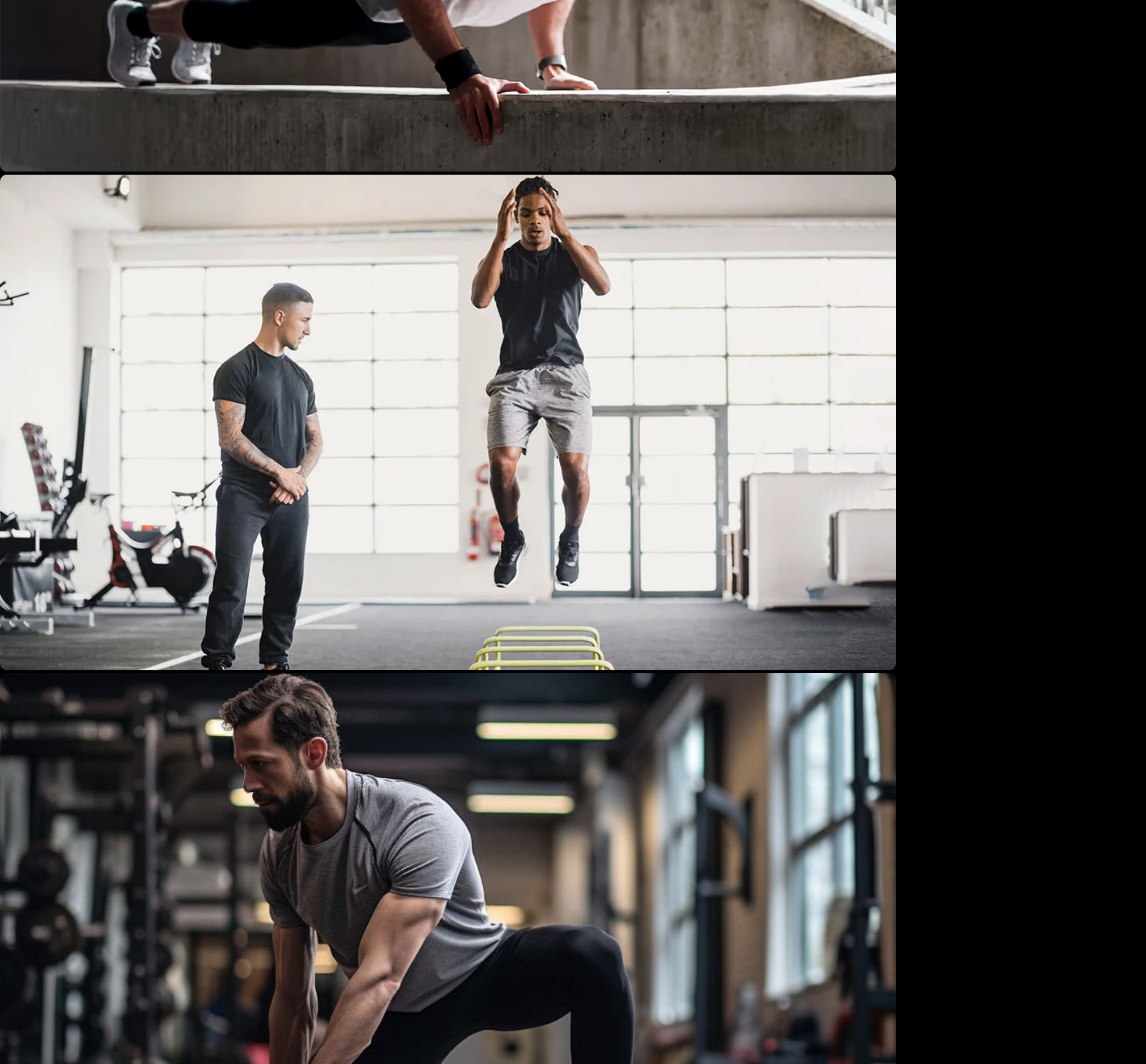
Repository: Aminul-Islam85/Assignment-2
Page: index.html
An editor plug-in stored every save of this project. The page is shown before and after the next save, followed by the edit.
The browser window is 1280 px wide. The page is 1637 px wide, so the pictures cover 1637 px, including what lies to the right of the window. The pictures show the part of the page from y = 3398 to 4918 px (the page is 6788 px tall before and 6878 px after), at 70% of full size.

Above is the page before, as saved 2024-10-23 16:21:15.

### index.html
<!DOCTYPE html>
<html lang="en">
<head>
    <meta charset="UTF-8">
    <meta name="viewport" content="width=device-width, initial-scale=1.0">
    <title>Fitness Website</title>
    <link rel="stylesheet" href="styles.css">
</head>
<body>

    <nav class="navbar">
        <h1 class="heading-text"></a>Fitness</h1>
        <ul class="nav-links">
            <li><a href="#"></a>Home</li>
            <li><a href="#"></a>Service</li>
            <li><a href="#"></a>Contact</li>
            <li><a href="#"></a>About</li>
        </ul>
        <div class="hamburger">
            <span></span>
            <span></span>
            <span></span>
        </div>
    </nav>

    <section class="hero">
        <div class="hero-content">
            <h1>Get Body in <span class="highlighted">shape</span> & stay healthy</h1>
            <p>A huge selection of health and fitness content, healthy recipes and transformation stories to help you get fit and stay fit!</p>
            <div class="hero-buttons">
                <button class="cta-btn join-btn"> Join Club Now</button>
                <button cta-btn download-btn>Download App</button>
            </div>
        </div>
        <div class="hero-image">
            <img src="images/image 5.png" alt="Trainer">
        </div>

        <div class="info-card workout-card">500+<br>Free Workout Videos</div>
        <div class="info-card tutorial-card">350+<br>Video Tutorials</div>
    </section>

    <section class="habits">
        <h1>Change Your Habits</h1>
        <p>We believe fitness should be accessible to everyone, everywhere, regardless of income or access to a gym.</p>
        <div class="habits-gallery">
            <div class="habit-item">
                <img src="images/image 3.png" alt="Movement">
                <h3>Movement</h3>
                <p>We believe fitness should be accessible to everyone</p>
            </div>
            <div class="habit-item">
                <img src="images/image 2.png" alt="Time">
                <h3>Movement</h3>
                <p>We believe fitness should be accessible to everyone</p>
            </div>
            <div class="habit-item">
                <img src="images/image 4.png" alt="Practice">
                <h3>Movement</h3>
                <p>We believe fitness should be accessible to everyone</p>
            </div>
            <div class="habit-item">
                <img src="images/image 5.png" alt="Wait Loss">
                <h3>Movement</h3>
                <p>We believe fitness should be accessible to everyone</p>
            </div>
        </div>

    </section>

    <section class="extra-mile">
        <div class="extra-mile-content">
            <h2>Run an Extra Mile Easily</h2>
            <p>We believe fitness should be accessible to everyone, everywhere, regardless of income or access to a gym. With hundreds of professional workouts.</p>
            <button class="cta-btn extra-mile-btn">Join NOW</button>
        </div>
        <div class="extra-mile-image">
            <img src="images/run.jpg" alt="Run Image">
        </div>
    </section>

    <section trainings-exercises>
        <h2>Trainings and Exercises</h2>
        <p>We believe fitness should be accessible to everyone, everywhere, regardless of income or access to a gym.</p>
        <div>
            <div class="exercise-item">
                <img src="images/exercise1.jpg" alt="Exercise-1">
                <div exercise-overlay>
                    <p>Lorem Ipsum</p>
                </div>

            </div>
            <div class="exercise-item">
                <img src="images/exercise2.png" alt="Exercise-2">
                <div exercise-overlay>

                </div>
                <p></p>
            </div>
            <div class="exercise-item">
                <img src="images/exercise3.png" alt="Exercise-3">
                <div exercise-overlay>

                </div>
                <p></p>
            </div>
            <div class="exercise-item">
                <img src="images/exercise4.png" alt="Exercise-4">
                <div exercise-overlay>

                </div>
                <p></p>
            </div>
            <div class="exercise-item">
                <img src="images/exercise5.jpg" alt="Exercise-5">
                <div exercise-overlay>

                </div>
                <p></p>
            </div>
            <div class="exercise-item">
                <img src="images/run.jpg" alt="">
                <div exercise-overlay>

                </div>
                <p></p>
            </div>

        </div>
    </section>


</body>
</html>

### styles.css
/*Global Styles*/
* {
    margin: 0;
    padding: 0;
    box-sizing: border-box;
}

body {
    font-family: 'Arial', sans-serif;
    background-color: black;
    color: #fff;
}

/*Navbar*/
.navbar {
    display: flex;
    justify-content: space-between;
    align-items: center;
    padding: 1 rem 2 rem;
    background-color: transparent;
}

.heading-text {
    font-size: 1.5rem;
    color: #ff5e00;
}

/*nav-link hidden in moble*/
.nav-links {
    list-style: none;
    display: flex;
    gap: 2rem;
}

.nav-links a {
    color: #fff;
    text-decoration: none;
    font-size: 1rem;
}

/*Hamburger menu hidden in desktop*/
.hamburger {
    display: none;
    flex-direction: column;
    cursor: pointer;
}

.hamburger span {
    width: 25px;
    height: 3px;
    background-color: #fff;
    margin: 4px;
    transition: 0.3s;
}

/*responsiveness*/

@media (max-width: 768) {
    .nav-links {
        display: none;
    }
    .hamburger {
        display: flex;
    }
    /*hamburger clicked show nav-links*/
    .navbar.active .nav-links {
        display: flex;
        flex-direction: column;
        position: absolute;
        top: 60px;
        right: 0;
        background-color: #12121212;
        width: 100%;
        height: auto;
        text-align: center;
        padding: 1rem;
    }
    .nav-links li {
        margin: 1rem 0;
    }
}

/* Hero section*/
.hero {
    display: flex;
    justify-content: space-between;
    align-items: center;
    padding: 4rem 2rem;
    background-color: #121212;
    position: relative;
}
.hero-content {
    max-width: 50%;
}

.hero h1 {
    font-size: 3rem;
    line-height: 1.2;
    margin-bottom: 1rem;
}

.hero.highlighted {
    font-style: italic;
    font-weight: 700;
    color: #ff5e00;
}

hero p {
    font-size: 1.2rem;
    margin-bottom: 2rem;
}

.hero-buttons {
    display: flex;
    gap: irem;
}

.cta-btn {
    padding: 1rem 2rem;
    font-size: 1rem;
    border: none;
    border-radius: 5px;
    cursor: pointer;
}

.join.btn {
    background-color: #ff5e00;
    color: #fff;
}

.download-btn {
    background-color: transparent;
    border: 2px solid #fff;
    color: #fff;
}

.hero-image img {
    max-width: 100%;
    height: auto;
}

/*Info Cards*/
.info-card {
    position: absolute;
    background-color: #2e2e2e;
    color: white;
    border-radius: 8px;
    padding: 1re 1.5rem;
    font-size: 1.2rem;
    font-weight: bold;
    text-align: center;
}

.workout-card {
    top: 30%;
    right: 10%;
}

.tutorial-card {
    top: 60%;
    left: 55%;
}

/*Hero reponsive for mobile*/
@media (max-width: 768px) {
.hero {
    flex-direction: column;
    text-align: center;
}
.hero-content {
    max-width: 100%;
    margin-bottom: 2rem;
}
.hero-image img {
    max-width: 100%;
    height: auto;
}
.info-card {
    font-size: 1rem;
    padding: 0.75rem 1 rem;
    position: relative;
    margin: 1rem auto;
    width: auto;
}
.workout-card, .tutorial-card {
    top: auto;
    left: auto;
    right: auto;
    transform: none;
    margin-bottom: 1rem;
 }
}

/*Hero Buttons on mobile*/
@media (max-width:480px) {
    .hero-buttons {
        flex-direction: column;
        gap: 1rem;
    }
    .cta-btn {
        width: 100%;
    }
}

/*Change habit section*/
.habits {
    padding: 4rem 2rem;
    text-align: center;
    background-color: #121212;
}

.habits h2 {
    font-size: 2.5rem;
    margin-bottom: 1rem;
}

.habits p {
    font-size: 1.2rem;
    margin-bottom: 2rem;
}

.habits-gallery {
    display: flex;
    justify-content: space-around;
    align-items: center;
    flex-wrap: wrap;
    gap: 2rem;
}

.habit-item {
    text-align: center;
    max-width: 200px;
}

.habit-item img {
    width: 100px;
    height: 100px;
    border-radius: 50%;
    margin-bottom: 1rem;
}

.habit-item h3 {
    font-size: 1.5rem;
    margin-bottom: 0.5rem;
}
.habit-item p {
    font-size: 1rem;
    color: #aaa;
}

/*Extra mile section*/
.extra-mile {
    display: flex;
    justify-content: space-between;
    align-items: center;
    background-color: #2e2e2e;
    padding: 4rem 2rem;
    border-radius: 20px;
    margin: 4rem 0;
}

.extra-mile-content {
    max-width: 50%;
}
extra-mile h2 {
    font-size: 2.5rem;
    margin-bottom: 1rem;
}
.extra-mile p {
    font-size: 1.2rem;
    margin-bottom: 2rem;
}
.extra-mile btn {
    background-color: #ff5e00;
    color: white;
    border: none;
    padding: 1rem 2rem;
    border-radius: 5px;
    cursor: pointer;
}
.extra-mile image img {
    border-radius: 10px;
    max-width: 100%;
}
/*Footer*/
footer {
    text-align: center;
    padding: 1rem;
    background-color: #333;
    color: #fff;
    margin-top: 2rem;
}
/*responsive design*/
@media (max-width: 768px) {
    .hero h1 {
        font-size: 2rem;
    }
    .hero p {
        font-size: 1rem;
    }
    .extra-mile {
        flex-direction: column;
        text-align: center;
    }
    .extra-mile-content, .extra-mile-image {
        max-width: 100%;
    }
}

@media (max-width: 480px) {
    hero h1 {
        font-size: 1.5rem;
    }
    .hero p {
        font-size: 0.9rem;
    }
}

/* Trainings and Exercise*/
.trainings-exercises {
    padding: 4rem 2rem;
    text-align: center;
    background-color: #121212;
}

.trainings-exercises h2 {
    font-size: 2.5rem;
    margin-bottom: 1rem;
}
.trainings-exercises p {
    font-size: 1.2rem;
    margin-bottom: 2rem;
    color: #aaa;
}
.exercise-gallery {
    display: grid;
    grid-template-columns: repeat(3, 1fr);
    gap: 1rem;
}
.exercise-item {
    position: relative;
}
.exercise-item img {
    width: 100%;
    height: auto;
    border-radius: 10px;
}
.exercise-overlay {
    position: absolute;
    top: 0;
    left: 0;
    width: 100%;
    height: 100%;
    background-color: rgba(0, 0, 0, 0.5);
    color: white;
    display: flex;
    justify-content: center;
    align-items: center;
    opacity: 0;
    transition: opacity 0.3s ease;
    border-radius: 10px;
}
.exercise-item:hover .exercise-overlay {
    opacity: 1;
}
.exercise-overlay p {
    font-size: 1.2rem;
    text-align: center;
}

/*BMI*/
.bmi-calculator {
    background-color: #121212;
    padding: 4rem 2rem;
}
.bmi-title {
    text-align: center;
    margin-bottom: 2rem;
}
.bmi-title h2 {
    font-size: 2.5rem;
    margin-bottom: 1rem;
    color: #fff;
}
.bmi-title p {
    font-size: 1.2rem;
    color: #aaa;
}

/*calculator*/
.bmi-content {
    display: flex;
    justify-content: space-between;
    align-items: flex-start;
    background-color: #121212;
    padding: 2rem;
    border-radius: 20px;
}
.bmi-chart {
    flex: 1;
    margin-right: 2rem;
}
.bmi-chart h3 {
    color:#fff;
    margin-bottom: 1rem;
}
.bmi-chart table {
    width: 100%;
    border-collapse: collapse;
}
.bmi-chart table th, .bmi-chart table td {
    padding: 1rem;
    text-align: left;
    border: 1px solid #fff;
    color: #fff;
}
.bmi-form {
    flex: 1;
}
bmi-form h3 {
    color: #fff;
    margin-bottom: 1rem;
}
bmi-form p {
    margin-bottom: 2rem;
    color: #aaa;
}
.bmi-form input, .bmi-form select {
    width: 100%;
    padding: 1rem;
    margin-bottom: 1rem;
    border-radius: 5px;
    border: none;
    background-color: #333;
    color: #fff;
}
.bmi-form select {
    cursor: pointer;
}
.bmi-form, .calculate-btn {
    width: 100%;
    padding: 1rem 2rem;
    border-radius: 5px;
    border: none;
    background-color: #ff5e00;
    color: white;
    cursor: pointer;
    text-align: center;
}

/*responsiveness*/
@media (max-width: 768px) {
    .bmi-content {
        flex-direction: column;
    }
    .bmi-chart {
        margin-right: 0;
        margin-bottom: 2rem;
    }
}

/*Meet our team*/
.team-selection {
    background-color: #121212;
    padding: 4rem 2rem;
}
.team-title {
    text-align: center;
    margin-bottom: 2rem;
}
.team-title h2 {
    font-size: 2.5rem;
    margin-bottom: 1rem;
    color: #fff;
}
.team-title p {
    font-size: 1.2rem;
    color: #aaa;
}

/*Team-content*/
.team-content {
    display: grid;
    grid-template-columns: repeat(3,1fr);
    gap: 1.5rem;
    background-color: #2e2e2e;
    padding: 2rem;
    border-radius: 20px;
}
.team-member {
    position: relative;
    border-radius: 10px;
    overflow: hidden;
}
.team-member img {
    width: 100%;
    height: auto;
    border-radius: 10px;
}
.team-overlay {
    position: absolute;
    bottom: 0;
    left: 0;
    width: 100%;
    background-color: rgba(0, 0, 0, 0.5);
    color: white;
    padding: 1rem;
    text-align: center;
    transition: background-color 0.3s ease;
}
.team-member:hover .team-overlay {
    background-color: rgba(0, 0, 0, 0.7);
}
.team-overlay h3 {
    margin: 0;
    font-size: 1.2rem;
}
.team-overlay p {
    margin: 0.5rem 0 0;
    font-size: 0.9rem;
}

/*responsive design*/
@media (max-width: 768px) {
    .team.content {
        grid-template-columns: repeat(2, 1fr);
    }
}

@media (max-width: 480px) {
    .team.content {
        grid-template-columns: 1fr;
    }
}

/*footer section*/
.footer-section {
    background-color: #2e2e2e;
    padding: 4rem 2rem;
    color: #fff;
}
.footer-content {
    display: flex;
    justify-content: space-between;
    align-items: flex-start;
    margin-bottom: 2rem;
}
.footer-logo {
    font-size: 2.5rem;
    color: #ff5e00;
}
.footer-content p {
    max-width: 300px;
    color: #aaa;
}
.footer-links {
    display: flex;
    flex-direction: column;
}
.footer-links h3 {
    margin-bottom: 1rem;
}
.footer-links ul {
    list-style: none;
    padding: 0;
}
.footer-links li {
    margin-bottom: 0.5rem;
}
.footer-links a {
    color: #fff;
    text-decoration: none;
    transition: 0.3s ease;
}
.footer-links a:hover {
    color: #ff5e00;
}
.footer-bottom {
    text-align: center;
    padding-top: 1rem;
    border-top: 1px solid #444;
    color: #aaa;
}

/*rensiveness*/
@media (max-width: 768px) {
    .footer-content {
        flex-direction: column;
        text-align: center;
    }
    .footer-links {
        margin-top: 2rem;
    }
}

After the next save:
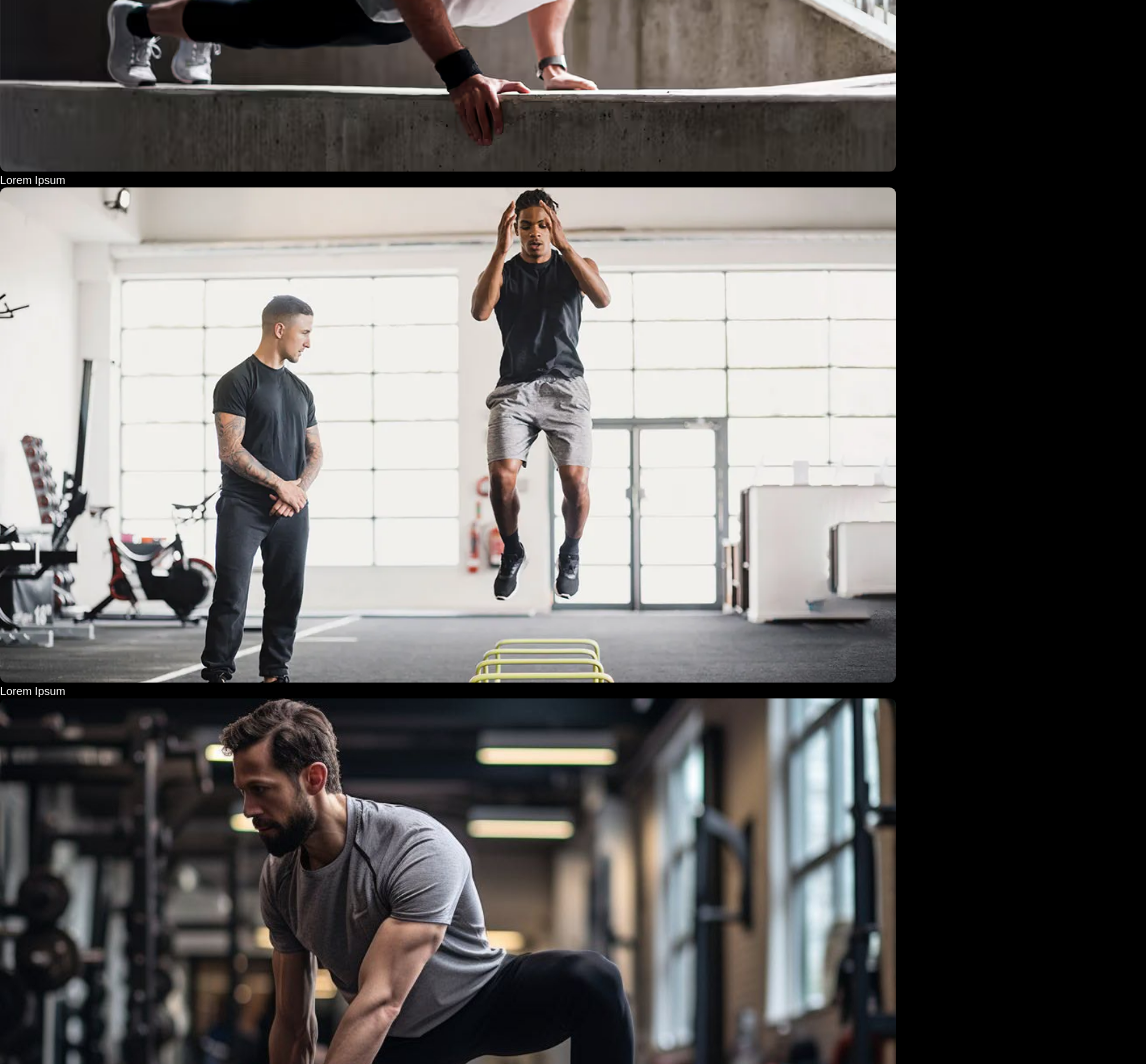
Saved 60 s later.
--- a/index.html
+++ b/index.html
@@ -93,37 +93,32 @@
             <div class="exercise-item">
                 <img src="images/exercise2.png" alt="Exercise-2">
                 <div exercise-overlay>
-
+                    <p>Lorem Ipsum</p>
                 </div>
-                <p></p>
             </div>
             <div class="exercise-item">
                 <img src="images/exercise3.png" alt="Exercise-3">
                 <div exercise-overlay>
-
+                    <p>Lorem Ipsum</p>
                 </div>
-                <p></p>
             </div>
             <div class="exercise-item">
                 <img src="images/exercise4.png" alt="Exercise-4">
                 <div exercise-overlay>
-
+                    <p>Lorem Ipsum</p>
                 </div>
-                <p></p>
             </div>
             <div class="exercise-item">
                 <img src="images/exercise5.jpg" alt="Exercise-5">
                 <div exercise-overlay>
-
+                    <p>Lorem Ipsum</p>
                 </div>
-                <p></p>
             </div>
             <div class="exercise-item">
                 <img src="images/run.jpg" alt="">
                 <div exercise-overlay>
-
+                    <p>Lorem Ipsum</p>
                 </div>
-                <p></p>
             </div>
 
         </div>
